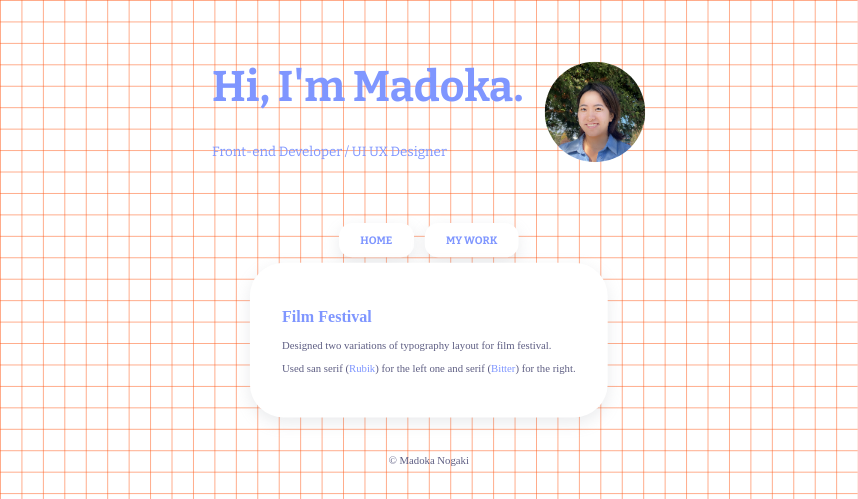
Repository: ohmaruko/portfolio
Page: /links/filmFestival
The author's editor kept a copy of each file at every save. The page is drawn from the files as they stood at one save, then again after a run of saves.
The browser window is 1280 px wide. The pictures show the whole page, at 67% of full size.
The project was rebuilt for these pictures with package versions that can differ from the ones it lists, and the page was loaded fresh each time. The framework's server and built-in components were replaced by stand-ins that run in the browser. Also part of the build but not shown: next.config.mjs.

Above is the page before, as saved 2024-02-18 23:56:42.

After the next 2 saves:
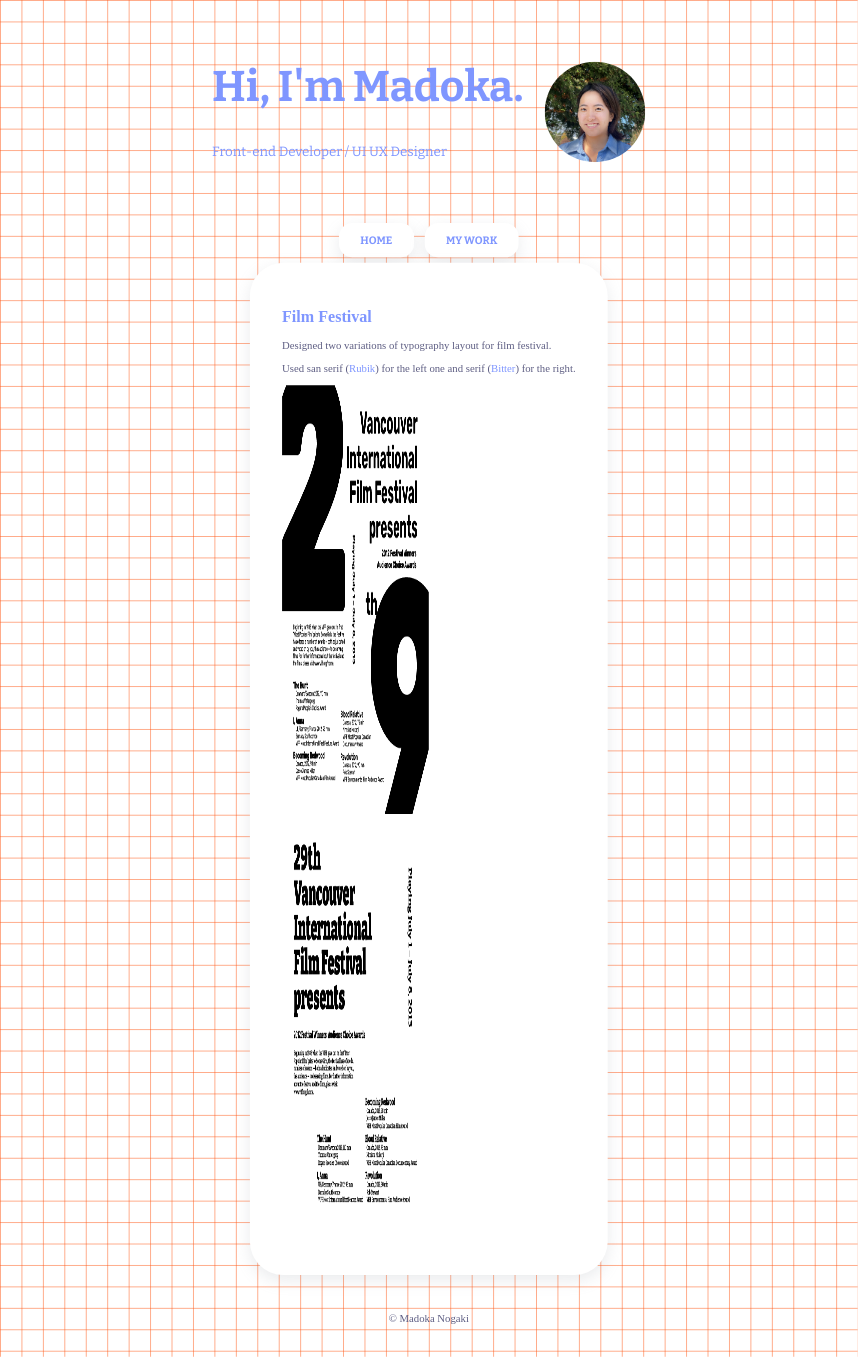
The 2 saves are shown as one change because they came seconds apart.
The last was saved 10 s later.
--- a/styles/Home.module.css
+++ b/styles/Home.module.css
@@ -74,7 +74,7 @@
 }
 .filmAds {
   width: 50%;
-  height: 50%;
+  height: 50vw;
   position: relative;
 }
 
